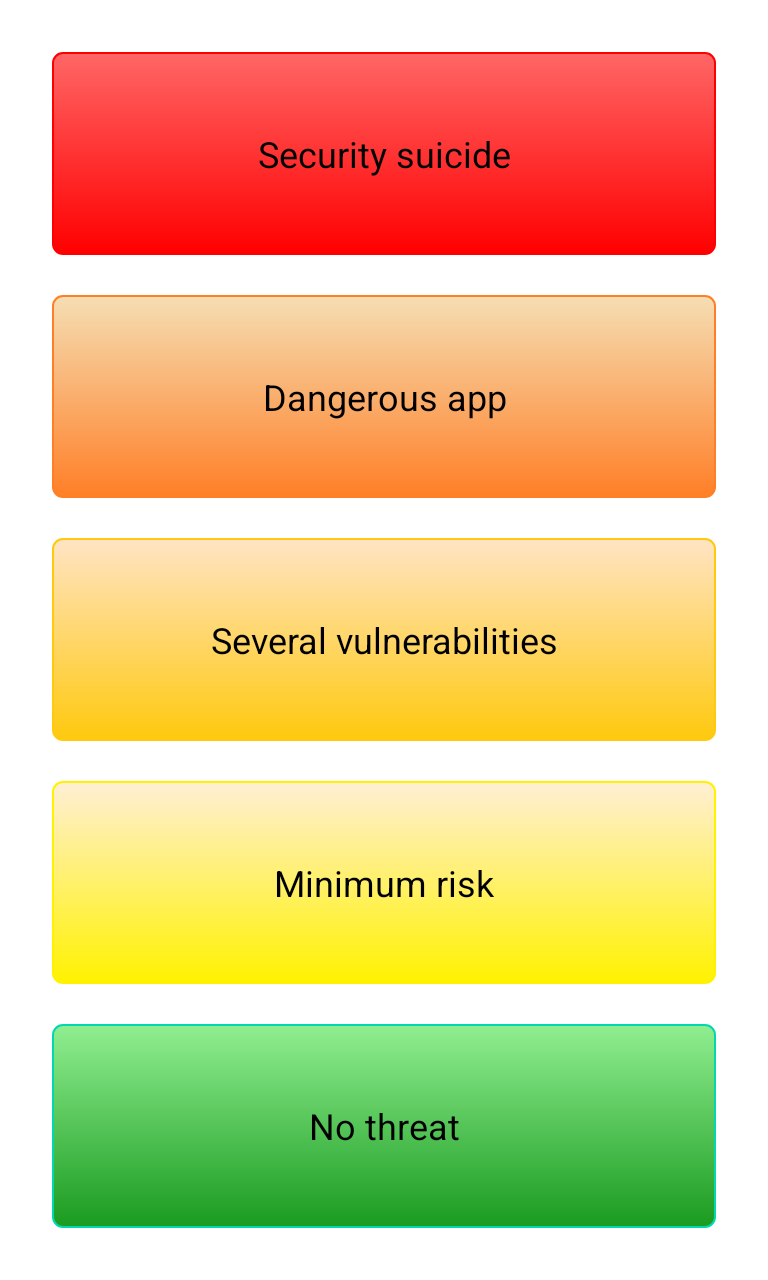
Repository: n0whereman/feidroid
Layout: Src/ApplicationViewer/res/layout/fragment_analysis2.xml
The author's editor kept a copy of each file at every save. The layout is drawn from the files as they stood at one save, then again after the next save.
It is drawn on a 768 x 1280 px phone screen (xhdpi) without system bars, with theme android:Theme.Holo.Light; the app's code is not run.

Above is the layout before, as saved 2015-04-25 20:35:35.

After the next save:
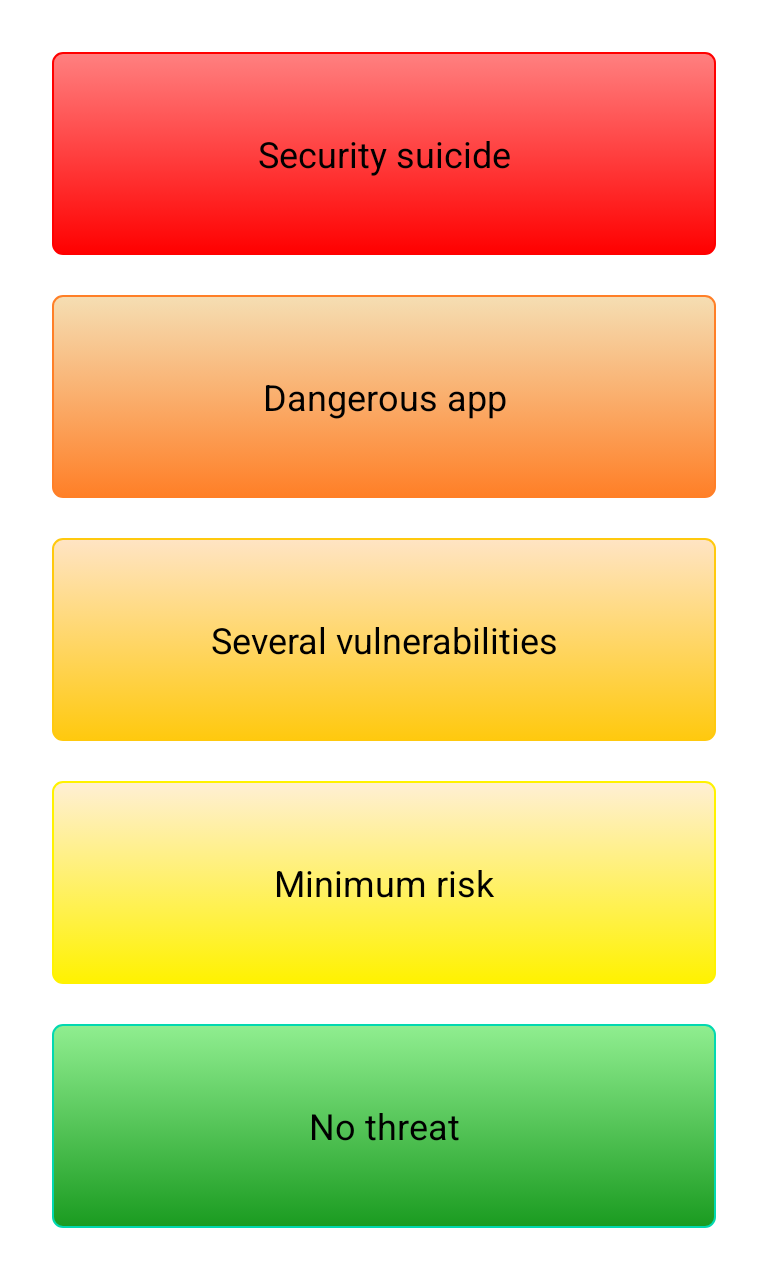
Saved 39 s later.
--- a/Src/ApplicationViewer/res/values/colors.xml
+++ b/Src/ApplicationViewer/res/values/colors.xml
@@ -32,7 +32,7 @@
 	<color name="button_orange">#FF7F27</color>
 
 	<!-- Red -->
-	<color name="red_temp">#FF6666</color>
+	<color name="red_temp">#FF8080</color>
 	<color name="red_dark">#FF0000</color>
 	<color name="bright_red">#FF0000</color>
 	<color name="button_red">#FF0000</color>
